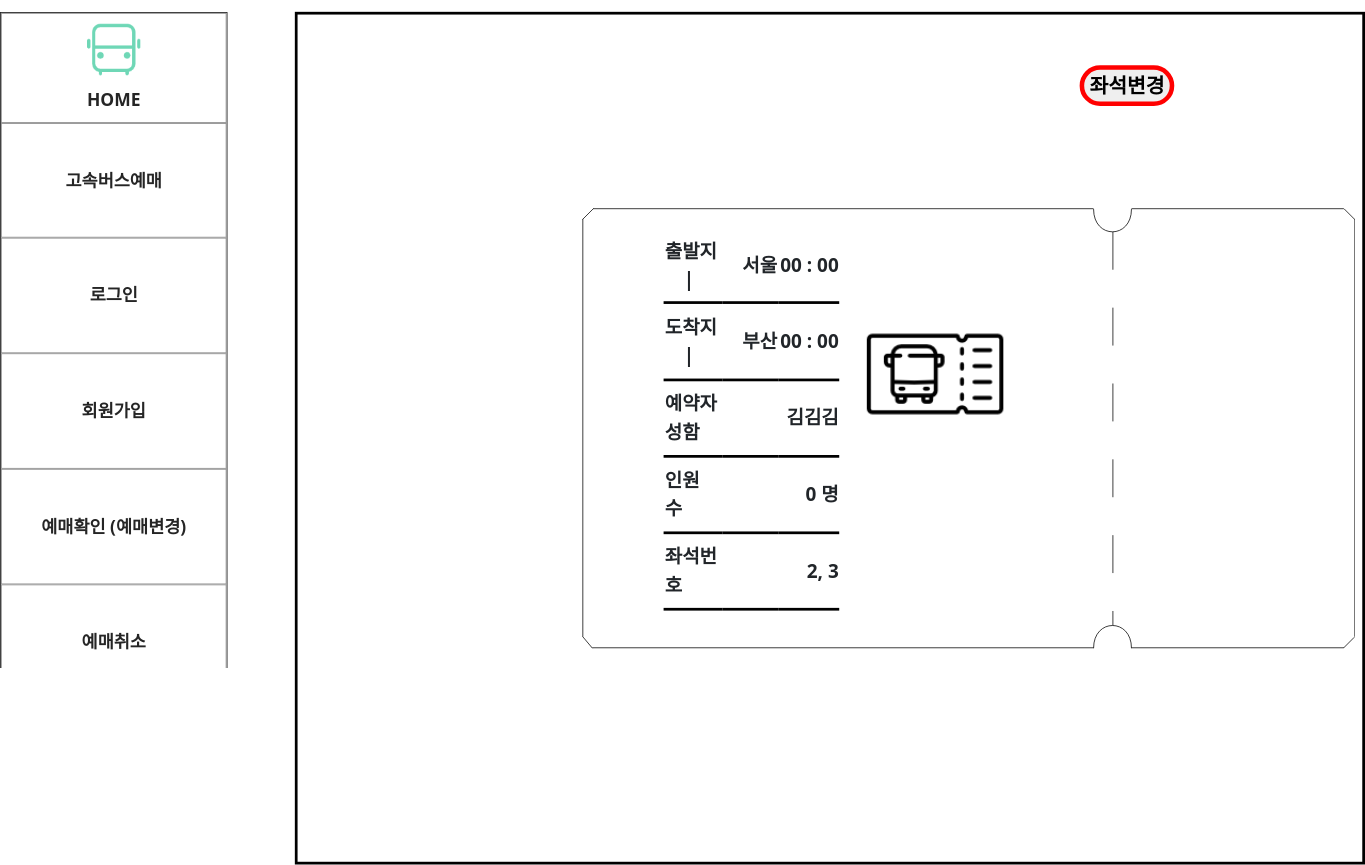
Repository: rudqhd79/spring_personal
Page: http://localhost/reservation/check
The author's editor kept a copy of each file at every save. The page is drawn from the files as they stood at one save, then again after the next save.
The browser window is 1280 px wide. The page is 1500 px wide, so the pictures cover 1500 px, including what lies to the right of the window. The pictures show the whole page, at 91% of full size.
The page is this project's Thymeleaf template; nobody is signed in. The template is opened directly, without the code that normally fills it, so the values that code supplies are empty.

Above is the page before, as saved 2023-02-03 07:17:00.

After the next save:
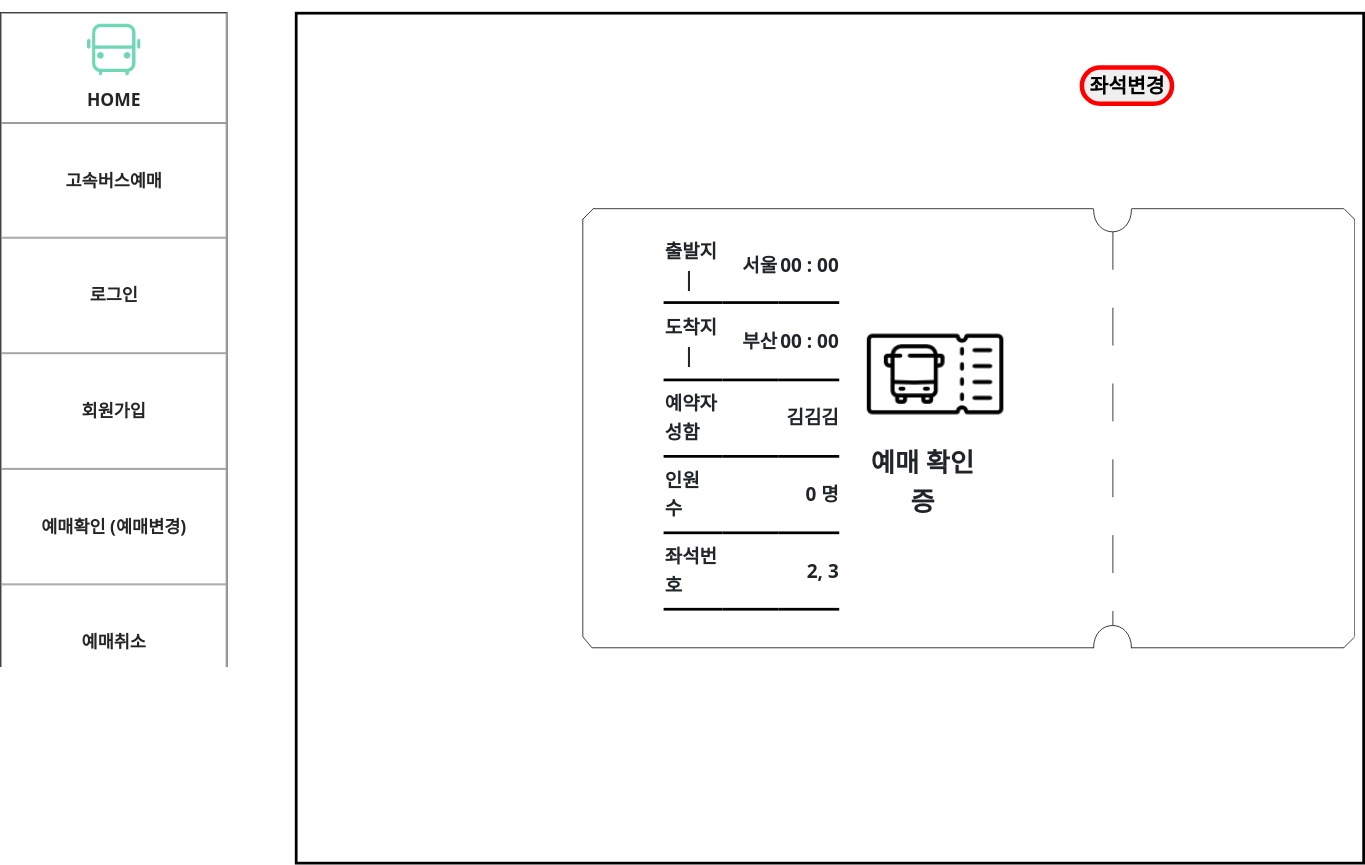
Saved 62 s later.
--- a/bus-reservation/src/main/resources/templates/reservation/check.html
+++ b/bus-reservation/src/main/resources/templates/reservation/check.html
@@ -70,6 +70,7 @@
 					</div>
 					<div class="check_child">
 						<img src="/img/bus_ticket.png" style="height: 150px; width: 150px" />
+						<p>예매 확인증</p>
 					</div>
 				</div>
 			 	<div>
